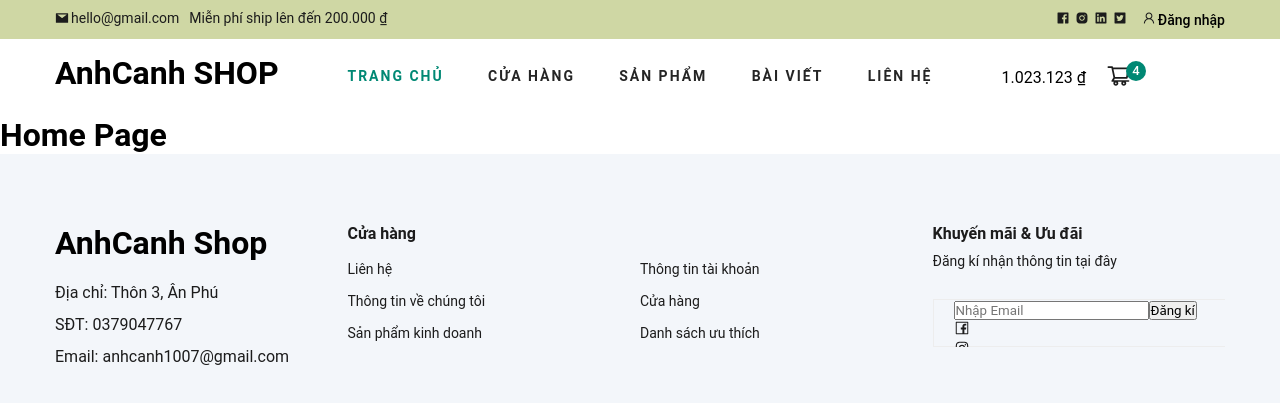
Repository: anhcanh1007/show_product
Page: /
An editor plug-in stored every save of this project. The page is shown before and after a run of saves, followed by the edit.
The browser window is 1280 px wide. The pictures show the whole page.
The project was rebuilt for these pictures with package versions that can differ from the ones it lists, and the page was loaded fresh each time. Imported but missing from the stored project, and not drawn on this page: src/pages/user/profilePage.

Above is the page before, as saved 2024-01-26 23:16:03.

### src/index.js
import React from "react";
import ReactDOM from "react-dom/client";
import { BrowserRouter } from "react-router-dom";
import RouterCustom from "./router";
import "./style/style.scss";

const root = ReactDOM.createRoot(document.getElementById("root"));
root.render(
  <BrowserRouter>
    <RouterCustom />
  </BrowserRouter>
);

// If you want to start measuring performance in your app, pass a function
// to log results (for example: reportWebVitals(console.log))
// or send to an analytics endpoint. Learn more: https://bit.ly/CRA-vitals

### src/router.js
import { ROUTERS } from "./utils/router";
import HomePage from "./pages/user/homePage";
import ProfilePage from "./pages/user/profilePage";
import { Route, Routes } from "react-router-dom";
import MasterLayout from "./pages/user/theme/masterLayout";

const renderUserRouter = () => {
  const userRouters = [
    {
      path: ROUTERS.USER.HOME,
      component: <HomePage />,
    },
    {
      path: ROUTERS.USER.PROFILE,
      component: <ProfilePage />,
    },
  ];

  return (
    <MasterLayout>
      <Routes>
        {userRouters.map((item, key) => (
          <Route key={key} path={item.path} element={item.component} />
        ))}
      </Routes>
    </MasterLayout>
  );
};

const RouterCustom = () => {
  return renderUserRouter();
};

export default RouterCustom;

### src/style/style.scss
@import './pages/all';
@import './pages/responsive';

### src/utils/router.js
export const ROUTERS = {
  USER: {
    HOME: "",
    PROFILE: "thong-tin-ca-nhan",
  },
};

### src/pages/user/homePage/index.js
import { memo } from "react";

const HomePage = () => {
  return <h1>Home Page</h1>;
};

export default memo(HomePage);

### src/pages/user/theme/masterLayout/index.js
import { memo } from "react";
import Header from "../header";
import Footer from "../footer";

const MasterLayout = ({ children, ...props }) => {
  return (
    <div {...props}>
      <Header />
      {children}
      <Footer />
    </div>
  );
};

export default memo(MasterLayout);

### src/style/pages/_all.scss
@use "sass:map";
@import './theme';
@import './responsive';

html, body {
    margin: 0;
}

* {
    font-family: Roboto;
    padding: 0;
    margin: 0;
}

.container {
    max-width: 1170px;
    width: 100%;
    padding-left: 15px;
    padding-right: 15px;
    // background: map.get($theme-colors, "main");
    margin: auto;
}

.row {
    display: flex;
    flex-wrap: wrap;
}

.col-6 {
    flex: 0 0 50%;
    max-width: 50%;
}

.col-lg-3 {
    flex: 0 0 25%;
    max-width: 25%;
}

.col-lg-6 {
    flex: 0 0 50%;
    max-width: 50%;
}

@include Responsive($DESTOP) {
    .col-xl-3 {
        flex: 0 0 25%;
        max-width: 25%;
    }
    .col-xl-6 {
        flex: 0 0 50%;
        max-width: 50%;
    }
}

@include Responsive($MEDIUM_DEVICE) {
    .col-lg-3 {
        flex: 0 0 25%;
        max-width: 25%;
        background: red;
    }
}

### src/style/pages/_theme.scss
$theme-colors : (
    "main" : #008874,
    "normal_text": #1c1c1c,
    "bold_text": #252525,
)

### src/style/pages/_responsive.scss
$DESTOP: "DESTOP";
$MEDIUM_DEVICE: "MEDIUM_DEVICE";
$TABLE_DEVICE: "TABLE_DEVICE";
$WIDE_MOBILE: "WIDE_MOBILE";
$SMALL_DEVICES: "SMALL_DEVICES";

@mixin Responsive($canvas) {
    @if $canvas == $DESTOP {
        @media only screen and (min-width: 1200px){
            @content;
        }
    } @else if $canvas == $MEDIUM_DEVICE {
        @media only screen and (min-width: 992px) and (max-width: 1199px){
            @content;
        }
    } @else if $canvas == $TABLE_DEVICE {
        @media only screen and (min-width: 768px) and (max-width: 991px){
            @content;
        }
    } @else if $canvas == $WIDE_MOBILE {
        @media only screen and (max-width: 767px){
            @content;
        }
    } @else if $canvas == $MEDIUM_DEVICE {
        @media only screen and (max-width: 575px){
            @content;
        }
    }
}

### src/pages/user/theme/header/index.js
import { memo, useState } from "react";
import {
  AiFillFacebook,
  AiFillInstagram,
  AiFillLinkedin,
  AiFillMail,
  AiFillTwitterSquare,
  AiOutlineShoppingCart,
  AiOutlineUser,
} from "react-icons/ai";
import "./style.scss";
import { Link } from "react-router-dom";
import { formater } from "utils/formater";
import { ROUTERS } from "utils/router";

const Header = () => {
  const [menus, setMenus] = useState([
    {
      name: "Trang chủ",
      path: ROUTERS.USER.HOME,
    },
    {
      name: "Cửa hàng",
      path: ROUTERS.USER.HOME,
    },
    {
      name: "Sản phẩm",
      path: "",
      isShowSubmenu: false,
      child: [
        {
          name: "Thịt",
          path: "",
        },
        {
          name: "Rau củ",
          path: "",
        },
        {
          name: "Thức ăn nhanh",
          path: "",
        },
      ],
    },
    {
      name: "Bài viết",
      path: ROUTERS.USER.HOME,
    },
    {
      name: "Liên hệ",
      path: ROUTERS.USER.HOME,
    },
  ]);
  return (
    <>
      <div className="header__top">
        <div className="container">
          <div className="row">
            <div className="col-6 header__top_left">
              <ul>
                <li>
                  <AiFillMail />
                  <span>hello@gmail.com</span>
                </li>
                <li>Miễn phí ship lên đến {formater(200000)}</li>
              </ul>
            </div>
            <div className="col-6 header__top_right">
              <ul>
                <li>
                  <Link to={""}>
                    <AiFillFacebook />
                  </Link>
                </li>
                <li>
                  <Link to={""}>
                    <AiFillInstagram />
                  </Link>
                </li>
                <li>
                  <Link to={""}>
                    <AiFillLinkedin />
                  </Link>
                </li>
                <li>
                  <Link to={""}>
                    <AiFillTwitterSquare />
                  </Link>
                </li>
                <li>
                  <Link to={""}>
                    <AiOutlineUser />
                  </Link>
                  <span>Đăng nhập</span>
                </li>
              </ul>
            </div>
          </div>
        </div>
      </div>
      <div className="container">
        <div className="row">
          <div className="col-xl-3">
            <div className="header__logo">
              <h1>AnhCanh SHOP</h1>
            </div>
          </div>
          <div className="col-xl-6">
            <nav className="header__menu">
              <ul>
                {menus?.map((menu, menuKey) => (
                  <li key={menuKey} className={menuKey === 0 ? "active" : ""}>
                    <Link to={menu.path}>{menu.name}</Link>
                    {menu.child && (
                      <ul className="header__menu_dropdown">
                        {menu.child.map((childItem, childKey) => (
                          <li key={`${menuKey}-${childKey}`}>
                            <Link to={childItem.path}>{childItem.name}</Link>
                          </li>
                        ))}
                      </ul>
                    )}
                  </li>
                ))}
              </ul>
            </nav>
          </div>
          <div className="col-xl-3">
            <div className="header__cart">
              <div className="header__cart_price">
                <span>{formater(1023123)}</span>
              </div>
              <ul>
                <li>
                  <Link to="#">
                    <AiOutlineShoppingCart /> <span>4</span>
                  </Link>
                </li>
              </ul>
            </div>
          </div>
        </div>
      </div>
    </>
  );
};

export default memo(Header);

### src/pages/user/theme/footer/index.js
import { memo } from "react";
import "./style.scss";
import { Link } from "react-router-dom";
import {
  AiOutlineFacebook,
  AiOutlineInstagram,
  AiOutlineLinkedin,
} from "react-icons/ai";

const Footer = () => {
  return (
    <>
      <footer className="footer">
        <div className="container">
          <div className="row">
            <div className="col-lg-3">
              <div className="footer__about">
                <h1 className="footer__about_logo">AnhCanh Shop</h1>
                <ul>
                  <li>Địa chỉ: Thôn 3, Ân Phú</li>
                  <li>SĐT: 0379047767</li>
                  <li>Email: anhcanh1007@gmail.com</li>
                </ul>
              </div>
            </div>
            <div className="col-lg-6">
              <div className="footer__widget">
                <h6>Cửa hàng</h6>
                <ul>
                  <li>
                    <Link to="">Liên hệ</Link>
                  </li>
                  <li>
                    <Link to="">Thông tin về chúng tôi</Link>
                  </li>
                  <li>
                    <Link to="">Sản phẩm kinh doanh</Link>
                  </li>
                </ul>
                <ul>
                  <li>
                    <Link to="">Thông tin tài khoản</Link>
                  </li>
                  <li>
                    <Link to="">Cửa hàng</Link>
                  </li>
                  <li>
                    <Link to="">Danh sách ưu thích</Link>
                  </li>
                </ul>
              </div>
            </div>
            <div className="col-lg-3">
              <div className="footer__widget">
                <h6>Khuyến mãi & Ưu đãi</h6>
                <p>Đăng kí nhận thông tin tại đây</p>
                <form action="#">
                  <div>
                    <input type="text" placeholder="Nhập Email" />
                    <button type="submit" className="submit-button">
                      Đăng kí
                    </button>
                  </div>
                  <div>
                    <div>
                      <AiOutlineFacebook />
                    </div>
                    <div>
                      <AiOutlineInstagram />
                    </div>
                    <div>
                      <AiOutlineLinkedin />
                    </div>
                  </div>
                </form>
              </div>
            </div>
          </div>
        </div>
      </footer>
    </>
  );
};

export default memo(Footer);

### src/pages/user/theme/header/style.scss
@use "sass:map";
@import 'style/pages/_theme.scss';
.header__top{
    background-color: #CFD7A4;
}

.header__top_left {
    padding: 10px 0 10px;
    ul {
        display: flex;
        align-items: center;
        column-gap: 10px;
        list-style: none;

        li{
            font-size: 14px;
            color: map.get($theme-colors, "normal_text");
            display: flex;
            align-items: center;
            column-gap: 2px;
        }
    }
}

.header__top_right {
    display: flex;
    justify-content: flex-end;
    padding: 10px 0 10px;
    align-items: center;

    ul {
        display: flex;
        column-gap: 5px;
        list-style: none;

        li:last-child{
            margin-left: 10px;

            span {
                font-size: 14px;
                margin-left: 2px;
                font-weight: 500;
            }
        }

        a {
            font-size: 14px;
            display: inline-block;
            color: map.get($theme-colors, "normal_text");
        }
    }
}

.header__logo {
    padding: 15px 0;
}

.header__menu {
    padding: 24px 0;

    ul {
        display: flex;
        justify-content: space-between;

        li {
            list-style: none;

            a {
                text-decoration: none;
                font-size: 14px;
                color: map.get($theme-colors, 'bold_text');
                font-weight: bold;
                text-transform: uppercase;
                letter-spacing: 2px;
                transition: all 0.3s;
                padding: 5px 0;
                display: block;
            }
        }

        li:hover .header__menu_dropdown {
            opacity: 1;
            visibility: visible;
        }

        .active a{
            color: map.get($theme-colors, 'main');
        }

        .header__menu_dropdown {
            background-color: #222222;
            display: block;
            position: absolute;
            width: 180px;
            z-index: 9;
            padding: 5px 0;
            transition: all, 0.3s;
            opacity: 0;
            visibility: hidden;

            a{
                text-transform: capitalize;
                color: #ffffff;
                font-weight: 400;
                padding: 5px 15px;
            }

            :hover {
                color: map.get($theme-colors, 'main');
            }
        }
    }
}

.header__cart {
    display: flex;
    justify-content: center;
    align-items: center;
    padding: 24px 0;

    ul {
        display: flex;
        margin-right: 25px;

        li {
            list-style: none;
            position: relative;
            margin-left: 20px;

            svg {
                font-size: 25px;
                color: map.get($theme-colors, "normal_text");
            }

            span {
                color: white;
                background-color: map.get($theme-colors, "main");
                position: absolute;
                height: 20px;
                width: 20px;
                border-radius: 40px;
                display: inline-block;
                text-align: center;
                line-height: 20px;
                font-size: 13px;
                font-weight: 500;
                left: 20px;
                top: -2px;
            }
        }
    }

}

### src/utils/formater.js
export const formater = (number) => {
  return new Intl.NumberFormat("vi-VN", {
    style: "currency",
    currency: "VND",
  }).format(number);
};

### src/pages/user/theme/footer/style.scss
@use "sass:map";
@import 'style/pages/_theme.scss';

.footer {
    background: #F3F6FA;
    padding-top: 70px;
    padding-bottom: 0;
    .footer__about {
        margin-bottom: 30px;

        .footer__about_logo {
            margin-bottom: 15px;
            display: inline-block;
        }

        ul {

            li {
                list-style: none;
                color: map.get($theme-colors, 'normal_text');
                font-size: 16px;
                line-height: 32px;
            }
        }
    }

    .footer__widget {
        margin-bottom: 30px;
        overflow: hidden;

        h6 {
            color: map.get($theme-colors,'normal_text');
            margin-bottom: 10px;
            font-size: 16px;
            font-weight: 700;
        }

        ul {
            float: left;
            width: 50%;

            li {
                list-style: none;

                a {
                    color: map.get($theme-colors,'normal_text');
                    font-size: 14px;
                    line-height: 32px;
                    text-decoration: none;
                }
            }
        }

        p {
            font-size: 14px;
            color: map.get($theme-colors,'normal_text');
            margin-bottom: 30px;
        }

        form {

            input {

            }
            width: 100%;
            font-size: 16px;
            padding-left: 20px;
            color: map.get($theme-colors,'normal_text');
            height: 46px;
            border: 1px solid #ededed;
        }
    }
}

Loaded but not shown: public/index.html (common file)

After the next 3 saves:
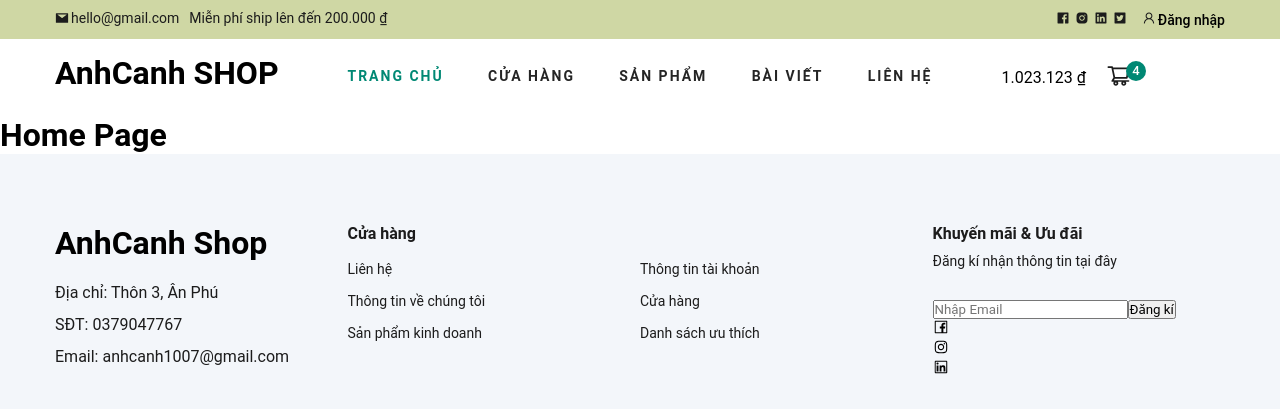
The 3 saves are shown as one change because they came seconds apart.
The last was saved 9 s later.
--- a/src/pages/user/theme/footer/style.scss
+++ b/src/pages/user/theme/footer/style.scss
@@ -58,16 +58,15 @@
         }
 
         form {
-
+            pos
             input {
-
+                width: 100%;
+                font-size: 16px;
+                padding-left: 20px;
+                color: map.get($theme-colors,'normal_text');
+                height: 46px;
+                border: 1px solid #ededed;
             }
-            width: 100%;
-            font-size: 16px;
-            padding-left: 20px;
-            color: map.get($theme-colors,'normal_text');
-            height: 46px;
-            border: 1px solid #ededed;
         }
     }
 }
